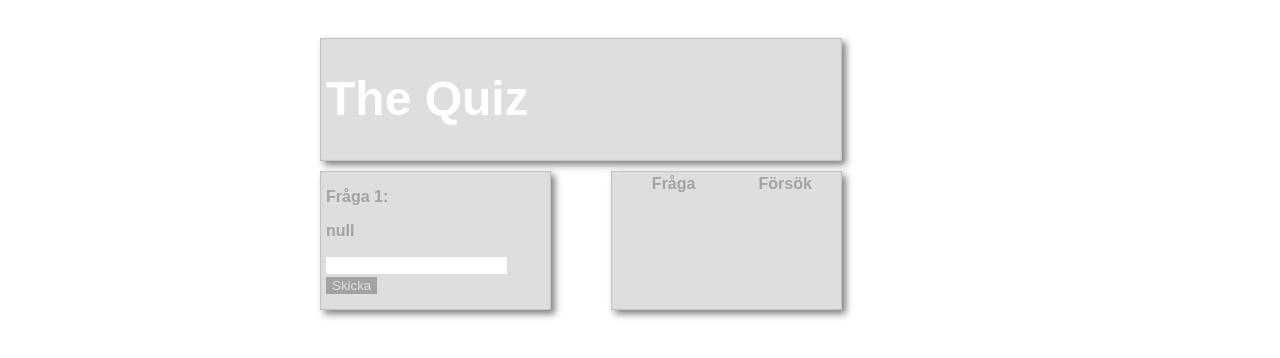
Repository: sk222sw/1dv403-laborationer
Page: 4-thequiz/index.html
The author's editor kept a record of every edit. The page is drawn from the files as they stood at one moment, then again after the next edit.
The browser window is 1280 px wide. The pictures show the whole page.
The page's requests for data from a server got no answer.

Above is the page before.

After the next edit:
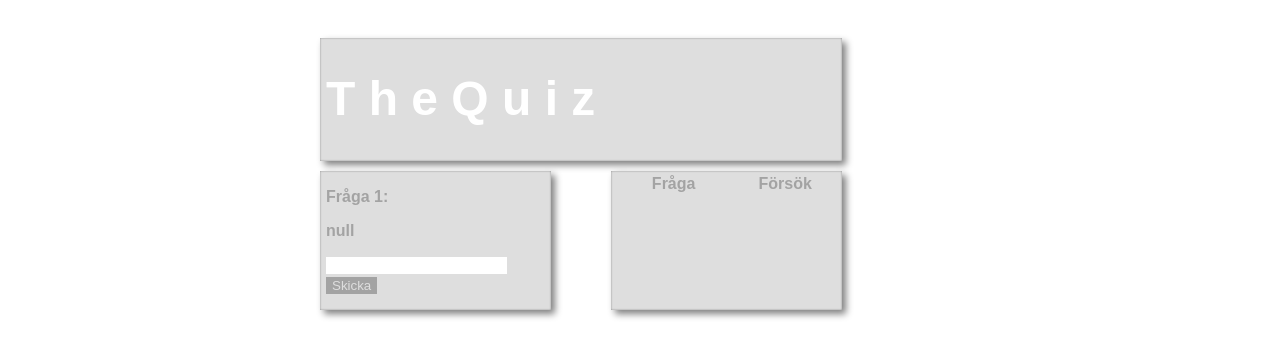
The edit:
--- a/4-thequiz/index.html
+++ b/4-thequiz/index.html
@@ -8,7 +8,7 @@
     <body>
         <main>
             <header>
-                <h1>The Quiz</h1>
+                <h1>T h e  Q u i z</h1>
             </header>
             <content>
 
